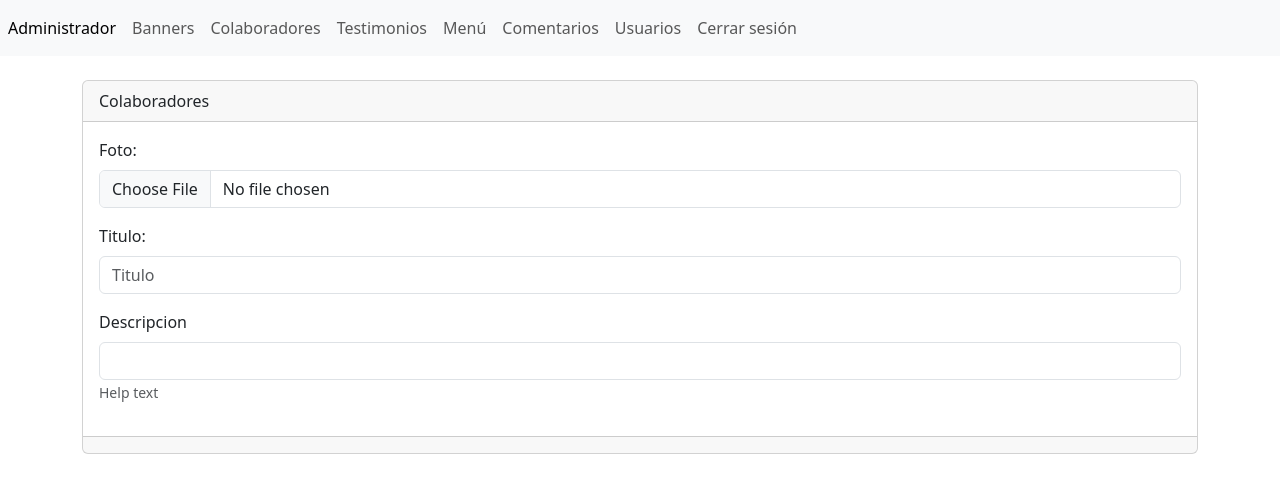
Repository: salextros/Restaurant-Project-PHP-MySQL
Page: http://localhost/TRABAJO_FINAL/restaurant/admin/seccion/colaboradores/crear.php
An editor plug-in stored every save of this project. The page is shown before and after the next save, followed by the edit.
The browser window is 1280 px wide. The pictures show the whole page.
The page is run by PHP 8.4 with error messages shown; the project is at /var/www/html/.

Above is the page before, as saved 2026-01-24 17:29:57.

After the next save:
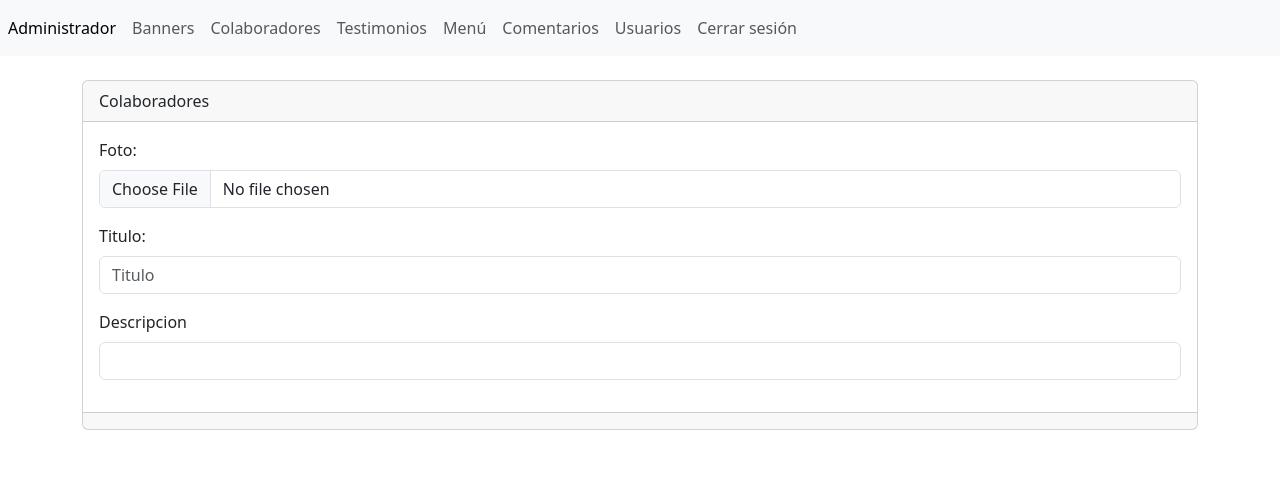
Saved 35 min 2 s later.
--- a/restaurant/admin/seccion/colaboradores/crear.php
+++ b/restaurant/admin/seccion/colaboradores/crear.php
@@ -20,15 +20,7 @@ include('../../templates/header.php');
 
             <div class="mb-3">
                 <label for="descripción" class="form-label">Descripcion</label>
-                <input
-                    type="text"
-                    class="form-control"
-                    name=""
-                    id=""
-                    aria-describedby="helpId"
-                    placeholder=""
-                />
-                <small id="helpId" class="form-text text-muted">Help text</small>
+                <input type="text" class="form-control" name="descripcion" id="descripcion" aria-describedby="helpId" placeholder=""/>
             </div>
 
 
